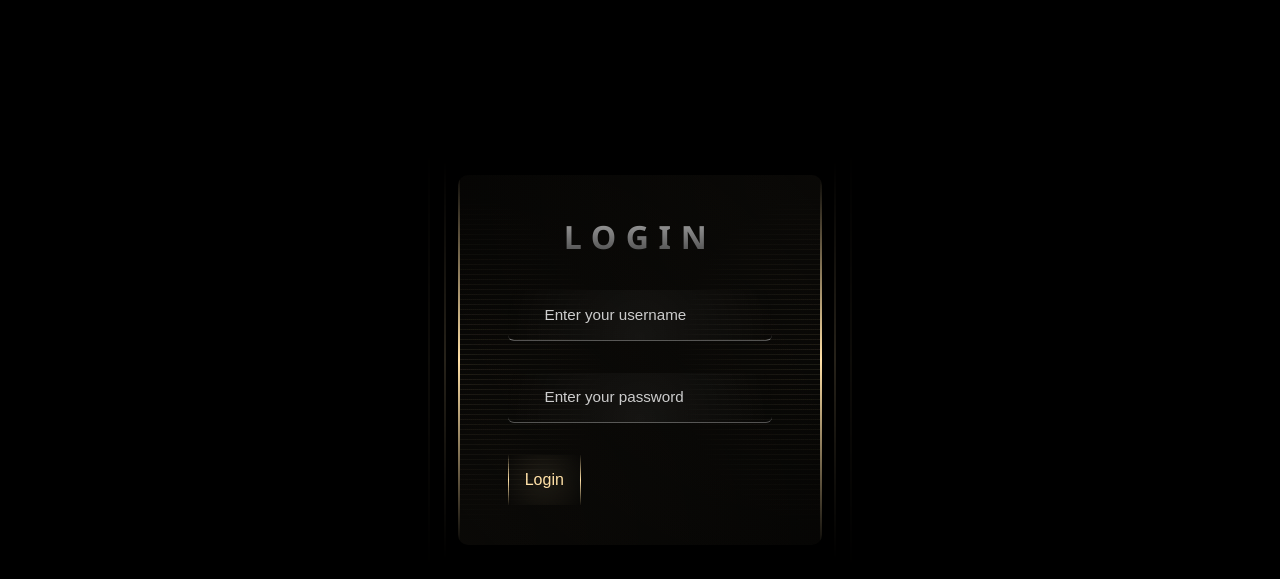
Repository: irfan-shah-sherani/Travel-Tour
Page: public/index.html
These files come from the project's save history. The page is drawn as it stood at one moment and after the next save; the edit follows.
The browser window is 1280 px wide. The pictures show the whole page.
Some icons come from a web library that is not loaded, so they are not drawn.

Above is the page before, as saved 2025-07-11 12:57:56.

After the next save:
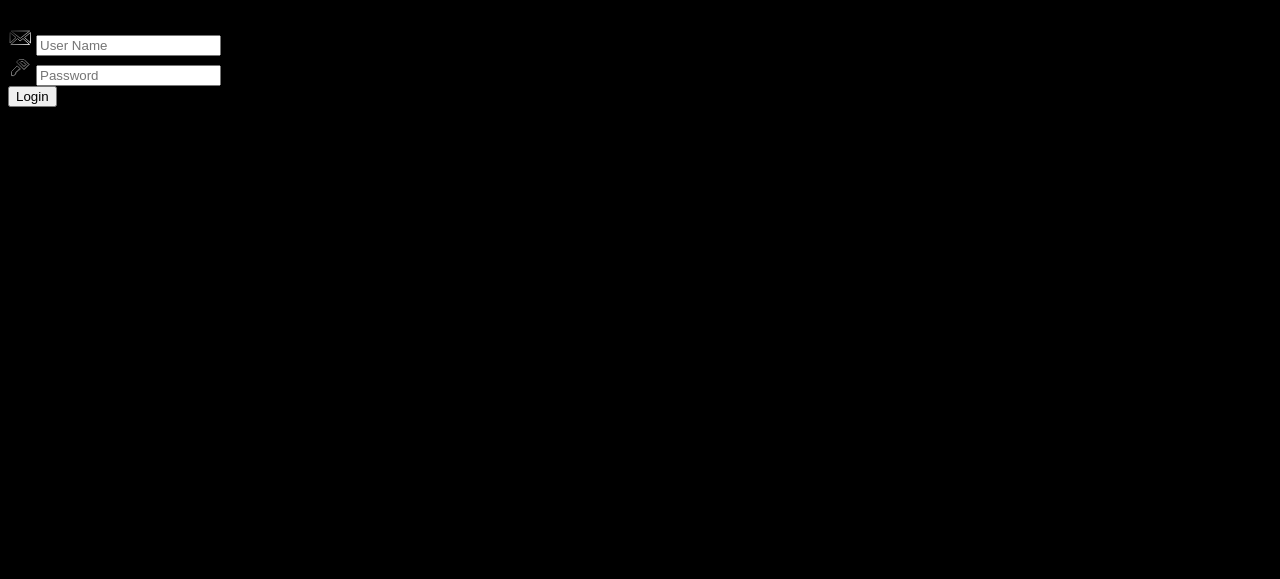
Not found: public/login.css
Saved 40 s later.
--- a/public/index.html
+++ b/public/index.html
@@ -1,37 +1,82 @@
 <!DOCTYPE html>
 <html lang="en">
 <head>
-  <meta charset="UTF-8" />
-  <meta name="viewport" content="width=device-width, initial-scale=1.0"/>
-  <title>Login Page</title>
-  <link rel="stylesheet" href="index.css" />
-  <script src="https://kit.fontawesome.com/your-kit-id.js" crossorigin="anonymous"></script>
+    <meta charset="UTF-8">
+    <meta name="viewport" content="width=device-width, initial-scale=1.0">
+    <title>login page</title>
+    <link rel="stylesheet" href="login.css">
 </head>
-<body style="background-color: black">
+<body style="background-color: black; ">
 
-  <div class="wrapper">
-    <form class="form" method="POST" action="/login">
-      <span class="title">Login</span>
+    <!-- main container -->
+<div class="wrapper">
+  <form class="form">
+    <!-- inner form -->
+    <span class="title">Login</span>
 
-      <!-- Username Field -->
-      <div class="input-container">
-        <i class="fas fa-user icon"></i>
-        <input class="input" type="text" name="username" placeholder="Enter your username" required />
-      </div>
+    <!-- user name theme -->
+    <div class="input-container">
+      <svg
+        width="24"
+        height="24"
+        viewBox="0 0 24 24"
+        fill="none"
+        xmlns="http://www.w3.org/2000/svg"
+      >
+        <defs>
+          <linearGradient
+            id="gradient-stroke"
+            x1="0"
+            y1="0"
+            x2="24"
+            y2="24"
+            gradientUnits="userSpaceOnUse"
+          >
+            <stop offset="0%" stop-color="black"></stop>
+            <stop offset="100%" stop-color="white"></stop>
+          </linearGradient>
+        </defs>
 
-      <!-- Password Field -->
-      <div class="input-container">
-        <i class="fas fa-lock icon"></i>
-        <input class="input" type="password" name="password" placeholder="Enter your password" required />
-      </div>
+        <g stroke="url(#gradient-stroke)" fill="none" stroke-width="1">
+          <path d="M21.6365 5H3L12.2275 12.3636L21.6365 5Z"></path>
+          <path d="M16.5 11.5L22.5 6.5V17L16.5 11.5Z"></path>
+          <path d="M8 11.5L2 6.5V17L8 11.5Z"></path>
+          <path
+            d="M9.5 12.5L2.81805 18.5002H21.6362L15 12.5L12 15L9.5 12.5Z"
+          ></path>
+        </g>
+      </svg>
+      <!-- user name theme -->
+       <!-- user name placeholder -->
+      <input class="input" type="text" placeholder="User Name" />
+    </div>
 
-      <!-- Submit Button -->
-      <div class="login-button">
-        <input class="input" type="submit" value="Login" />
-      </div>
+    <div class="input-container">
+      <svg
+        width="24"
+        height="24"
+        viewBox="0 0 24 24"
+        fill="none"
+        xmlns="http://www.w3.org/2000/svg"
+      >
+        <g stroke="url(#gradient-stroke)" fill="none" stroke-width="1">
+          <path
+            d="M3.5 15.5503L9.20029 9.85L12.3503 13L11.6 13.7503H10.25L9.8 15.1003L8 16.0003L7.55 18.2503L5.5 19.6003H3.5V15.5503Z"
+          ></path>
+          <path d="M16 3.5H11L8.5 6L16 13.5L21 8.5L16 3.5Z"></path>
+          <path d="M16 10.5L18 8.5L15 5.5H13L12 6.5L16 10.5Z"></path>
+        </g>
+      </svg>
+      <input class="input" type="password" placeholder="Password" />
+    </div>
 
-      <div class="texture"></div>
-    </form>
-  </div>
+    <div class="login-button">
+      <input class="input" type="submit" value="Login" />
+    </div>
+
+    <div class="texture"></div>
+  </form>
+</div>
+
 </body>
 </html>
